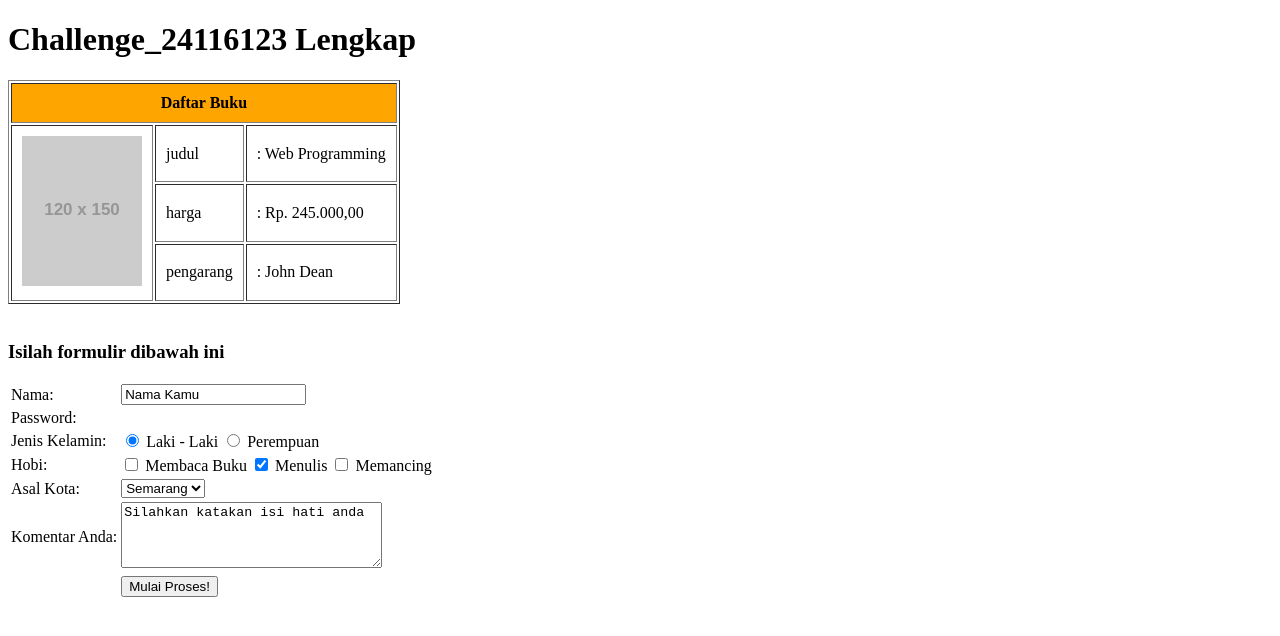
Repository: Abdsrya/Challenge_24116132
Page: Challenge_24116132.html
These files come from the project's save history. The page is drawn as it stood at one moment and after the next save; the edit follows.
The browser window is 1280 px wide. The pictures show the whole page.

Above is the page before, as saved 2026-04-20 09:46:12.

After the next save:
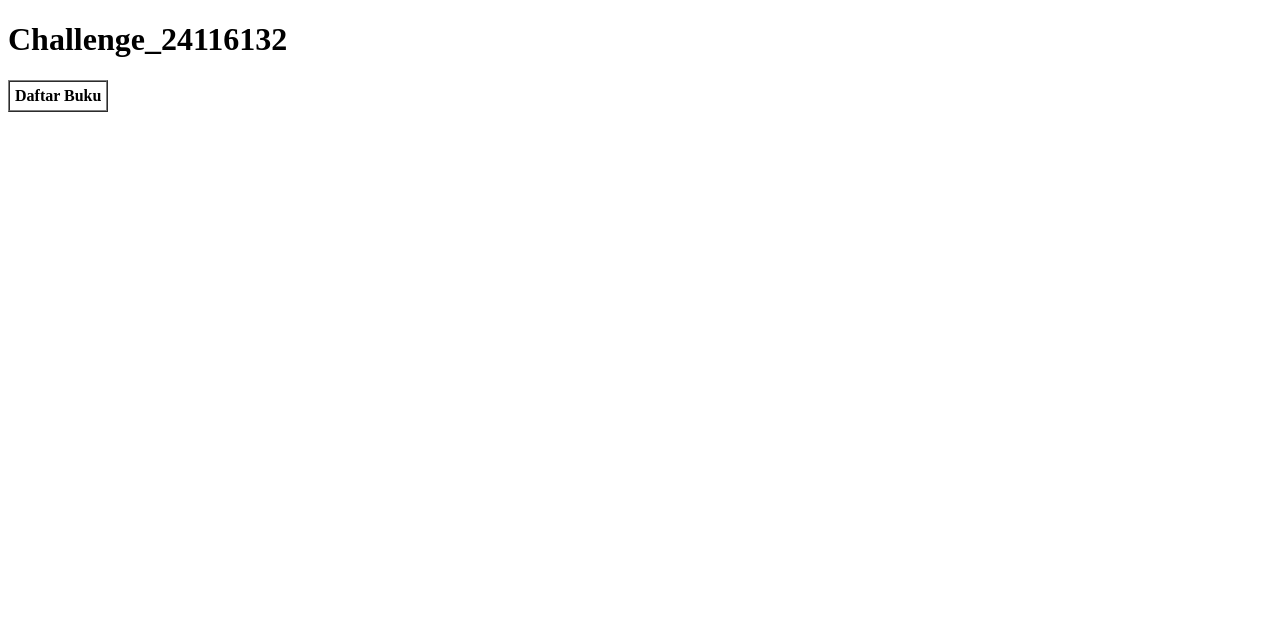
Saved 11 s later.
--- a/Challenge_24116132.html
+++ b/Challenge_24116132.html
@@ -1,86 +1,16 @@
 <!DOCTYPE html>
-<html>
+<html lang="en">
 <head>
-    <title>Challenge_24116123 Lengkap Anda</title>
+    <meta charset="UTF-8">
+    <meta name="viewport" content="width=device-width, initial-scale=1.0">
+    <title>Challenge_24116132</title>
 </head>
 <body>
-
-    <!-- Judul -->
-    <h1>Challenge_24116123 Lengkap</h1>
-
-    <!-- Tabel Daftar Buku -->
-    <table border="1" cellpadding="10">
-        <tr bgcolor="orange">
-            <th colspan="3">Daftar Buku</th>
-        </tr>
-        <tr>
-            <td rowspan="3">
-                <img src="https://via.placeholder.com/120x150" alt="Buku">
-            </td>
-            <td>judul</td>
-            <td>: Web Programming</td>
-        </tr>
-        <tr>
-            <td>harga</td>
-            <td>: Rp. 245.000,00</td>
-        </tr>
-        <tr>
-            <td>pengarang</td>
-            <td>: John Dean</td>
-        </tr>
-    </table>
-
-    <br>
-
-    <!-- Form -->
-    <h3>Isilah formulir dibawah ini</h3>
-
-    <table>
-        <tr>
-            <td>Nama:</td>
-            <td><input type="text" value="Nama Kamu"></td>
-        </tr>
-        <tr>
-            <td>Password:</td>
-            <td><inputtype="password"></td>
-        </tr>
-        <tr>
-            <td>Jenis Kelamin:</td>
-            <td>
-                <input type="radio" name="jk" checked> Laki - Laki
-                <input type="radio" name="jk"> Perempuan
-            </td>
-        </tr>
-        <tr>
-            <td>Hobi:</td>
-            <td>
-                <input type="checkbox"> Membaca Buku
-                <input type="checkbox" checked> Menulis
-                <input type="checkbox"> Memancing
-            </td>
-        </tr>
-        <tr>
-            <td>Asal Kota:</td>
-            <td>
-                <select>
-                    <option>Semarang</option>
-                    <option>Jakarta</option>
-                    <option>Bandung</option>
-                </select>
-            </td>
-        </tr>
-        <tr>
-            <td>Komentar Anda:</td>
-            <td>
-                <textarea rows="4" cols="30">Silahkan katakan isi hati anda</textarea>
-            </td>
-        </tr>
-        <tr>
-            <td></td>
-            <td>
-                <button>Mulai Proses!</button>
-            </td>
-        </tr>
-    </table>
+    <h1><b>Challenge_24116132</b></h1>
+    <table border="1" cellspacing = "0" cellpadding = "5" >
+        <tr background-color="orange">
+            <th colspan = "3"> Daftar Buku</th>
+            </tr
+            </table>
 </body>
 </html>
